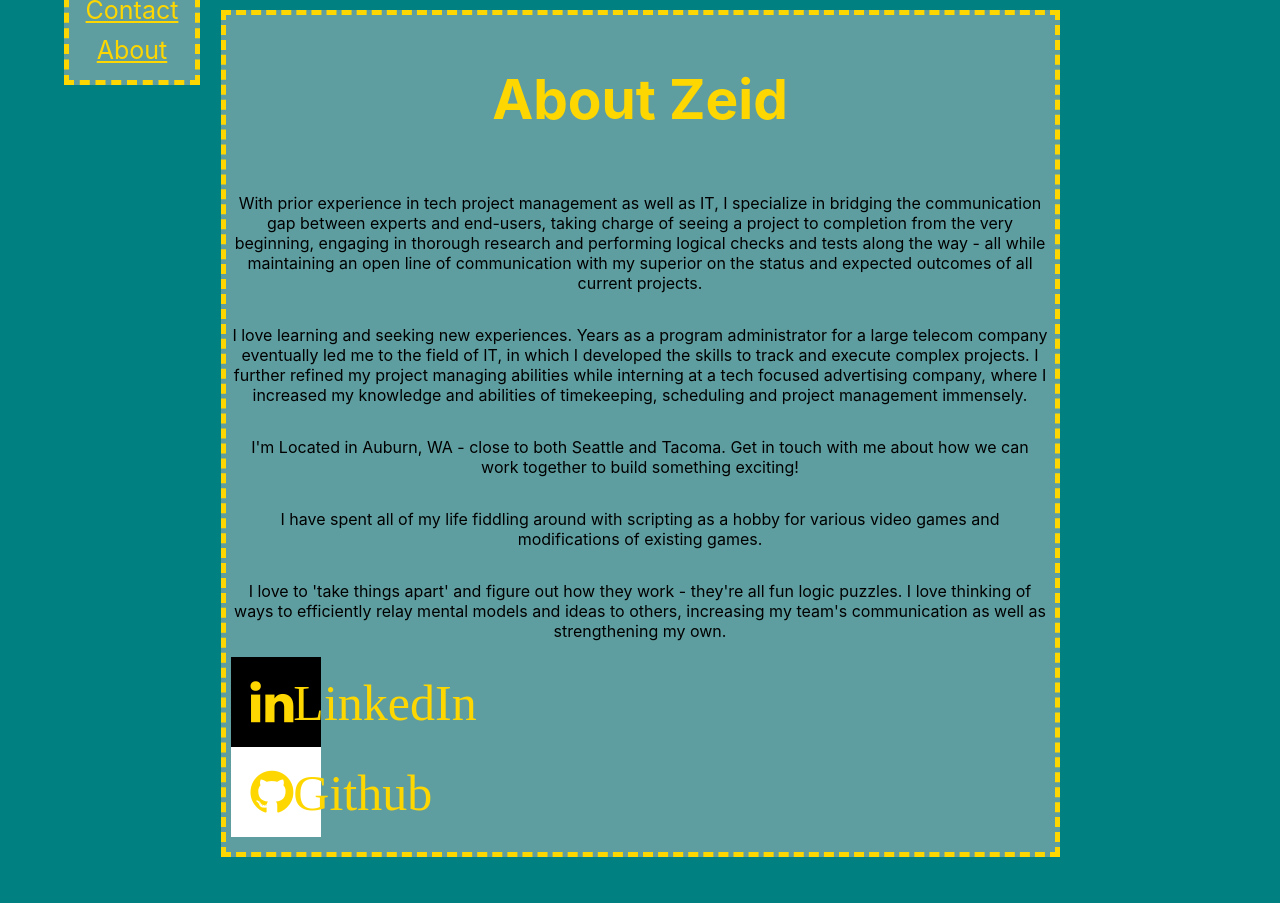
Repository: zeidalidiez/portfolioreact
Page: /
An editor plug-in stored every save of this project. The page is shown before and after the next save, followed by the edit.
The browser window is 1280 px wide. The pictures show the whole page.
The project was rebuilt for these pictures with package versions that can differ from the ones it lists, and the page was loaded fresh each time. Also part of the build but not shown: src/components/Thumbnail.js, src/components/Projects.js, src/components/Contact.js.

Above is the page before, as saved 2021-02-08 19:02:28.

### public/index.html
<!DOCTYPE html>
<html lang="en">
  <head>
    <meta charset="utf-8" />
    <link href="data:[embedded picture, 289 characters]" rel="icon" type="image/x-icon" />    <meta name="viewport" content="width=device-width, initial-scale=1" />
    <link rel="stylesheet" href="https://cdnjs.cloudflare.com/ajax/libs/font-awesome/4.7.0/css/font-awesome.min.css">
    <meta name="theme-color" content="#000000" />
    <meta
      name="description"
      content="Web site created using create-react-app"
    />    <!--
      manifest.json provides metadata used when your web app is installed on a
      user's mobile device or desktop. See https://developers.google.com/web/fundamentals/web-app-manifest/
    -->
    <link rel="manifest" href="%PUBLIC_URL%/manifest.json" />
    <!--
      Notice the use of %PUBLIC_URL% in the tags above.
      It will be replaced with the URL of the `public` folder during the build.
      Only files inside the `public` folder can be referenced from the HTML.

      Unlike "/favicon.ico" or "favicon.ico", "%PUBLIC_URL%/favicon.ico" will
      work correctly both with client-side routing and a non-root public URL.
      Learn how to configure a non-root public URL by running `npm run build`.
    -->
    <title>Zeid Diez - Portfolio</title>
  </head>
  <body>
    <noscript>You need to enable JavaScript to run this app.</noscript>
    <div id="root"></div>
    <!--
      This HTML file is a template.
      If you open it directly in the browser, you will see an empty page.

      You can add webfonts, meta tags, or analytics to this file.
      The build step will place the bundled scripts into the <body> tag.

      To begin the development, run `npm start` or `yarn start`.
      To create a production bundle, use `npm run build` or `yarn build`.
    -->
  </body>
</html>

### src/index.js
import React from 'react';
import ReactDOM from 'react-dom';
import './index.css';
import App from './components/App';
import reportWebVitals from './reportWebVitals';

ReactDOM.render(
  <React.StrictMode>
  <App />
  </React.StrictMode>,
  document.getElementById('root')
);

// If you want to start measuring performance in your app, pass a function
// to log results (for example: reportWebVitals(console.log))
// or send to an analytics endpoint. Learn more: https://bit.ly/CRA-vitals
reportWebVitals();

### src/components/App.js
// App.jsx

import React from 'react';
// Import the BrowserRouter, Route and Link components
import {Route, BrowserRouter as Router, Link} from "react-router-dom";
import Projects from './Projects.js';
import Contact from './Contact.js';
import About from './About.js';
import './App.css';

function App() {
  return (
    <header>
    <Router>
      <div className="App">
        <Route exact path="/Projects" component={Projects} />
        <Route exact path="/Contact" component={Contact} />
        <Route exact path="/About" component={About} />
        <Route exact path="/" component={About} />
  <nav>
        <div className="navigation">
          <div className="navigation-sub">
            <Link to="/Projects" className="item">Projects</Link>
            <Link to="/Contact" className="item">Contact</Link>
            <Link to="/About" className="item">About</Link>

          </div>
        </div>
        </nav>
      </div>
    </Router>
    <menu>

</menu>
    </header>


  );
}

export default App;

### src/components/About.js
import React from "react"

function About(props) {
  return (
    <div className="aboutDiv">
      <h2>About Zeid</h2>
      <p>With prior experience in tech project management as well as IT, I specialize in bridging the communication gap between experts and end-users, taking charge of seeing a project to completion from the very beginning, engaging in thorough research and performing logical checks and tests along the way - all while maintaining an open line of communication with my superior on the status and expected outcomes of all current projects. </p>
      <p>I love learning and seeking new experiences. Years as a program administrator for a large telecom company eventually led me to the field of IT, in which I developed the skills to track and execute complex projects. I further refined my project managing abilities while interning at a tech focused advertising company, where I increased my knowledge and abilities of timekeeping, scheduling and project management immensely.</p>
      <p>I'm Located in Auburn, WA - close to both Seattle and Tacoma. Get in touch with me about how we can work together to build something exciting! </p>
      <p>I have spent all of my life fiddling around with scripting as a hobby for various video games and modifications of existing games.</p>
      <p>I love to 'take things apart' and figure out how they work - they're all fun logic puzzles. I love thinking of ways to efficiently relay mental models and ideas to others, increasing my team's communication as well as strengthening my own.</p>

      <a href="https://www.linkedin.com/in/zeid-diez/" class="fa fa-linkedin">LinkedIn</a>
      <a href="https://github.com/zeidalidiez" class="fa fa-github">Github</a>
    </div>
  )
}

export default About;

### src/components/App.css

body {
  background-color: teal;
  display: grid;
}
div {
display: grid;
padding: 5px;
position: relative;
text-align: center;
padding-bottom: 15px;

}
 .projectDiv {
  background-color: cadetblue;
  width: 65%;
  justify-self: center;
  align-self: center;
  align-items: center;
  border: 5px dashed gold;
 }
h2 {
  color: Gold;
  font-size: 55px;
}

/* div.project {
  text-align: center;
  font-family: Georgia, "Times New Roman", Times, serif;
  font-style: italic;
  padding-bottom: 15px;
  border: 5px dashed gold;
  width: 80%;
  justify-self: center;
} */

div.project-title {
  position: relative;
  text-align: center;
  font-family: Georgia, "Times New Roman", Times, serif;
  font-style: italic;
  padding-bottom: 15px;

}

.navigation {
text-align: center;
align-self: center;
top: 0;
position: fixed;
  }

.navigation-sub {
padding: 10px;
text-align: center;
align-self: center;
bottom: auto;
left: 5%;
position: fixed;
border: 5px dashed gold;
background-color: cadetblue;
font-size: 25px;
}

a {
  display: grid;
padding: 5px;
text-align: center;
align-self: center;
}

img {
  display: block;
  margin-left: auto;
  margin-right: auto;
  width: 50%;
}


/* unvisited link */
a:link {
  color: gold;
}

/* visited link */
a:visited {
  color: rgb(255, 208, 0);
}

/* mouse over link */
a:hover {
  color: rgb(255, 174, 0);
}

/* selected link */
a:active {
  color: rgb(255, 0, 0);
}

.aboutDiv {
  background-color: cadetblue;
  width: 65%;
  justify-self: center;
  border: 5px dashed gold;

}

form {
  background-color: cadetblue;
  width: 65%;
  justify-self: center;
  padding-bottom: 60px;
  display: grid;
  border: 5px dashed gold;
}

.emailInput {
  width: 100%;
  padding: 12px 20px;
  margin: 8px 0;
  box-sizing: border-box;
}

.messageInput {
  width: 100%;
  box-sizing: border-box;
  height: 150px;
  border-radius: 4px;
  resize: none;
}

/* Style all font awesome icons */
.fa {
  padding: 20px;
  font-size: 50px;
  width: 50px;
  text-align: center;
  text-decoration: none;
  justify-self: auto;
}

/* Add a hover effect if you want */
.fa:hover {
  opacity: 0.7;
}

/* Set a specific color for each brand */

/* linkedin */
.fa-linkedin {
  background: #000000;
  color: white;
}

/* github */
.fa-github {
  background: #ffffff;
  color: rgb(0, 0, 0);
}

@media screen and (max-width: 800px) {
  .navigation {
    text-align: center;
    align-self: center;
    top: 0;
    position: fixed;
      }

    .navigation-sub {
    padding: 10px;
    text-align: center;
    align-self: center;
    bottom: auto;
    left: 5%;
    position: fixed;
    border: 5px dashed gold;
    background-color: cadetblue;
    font-size: 10px;
    }
}

Loaded but not shown: src/index.css (common file); src/reportWebVitals.js (common file)

After the next save:
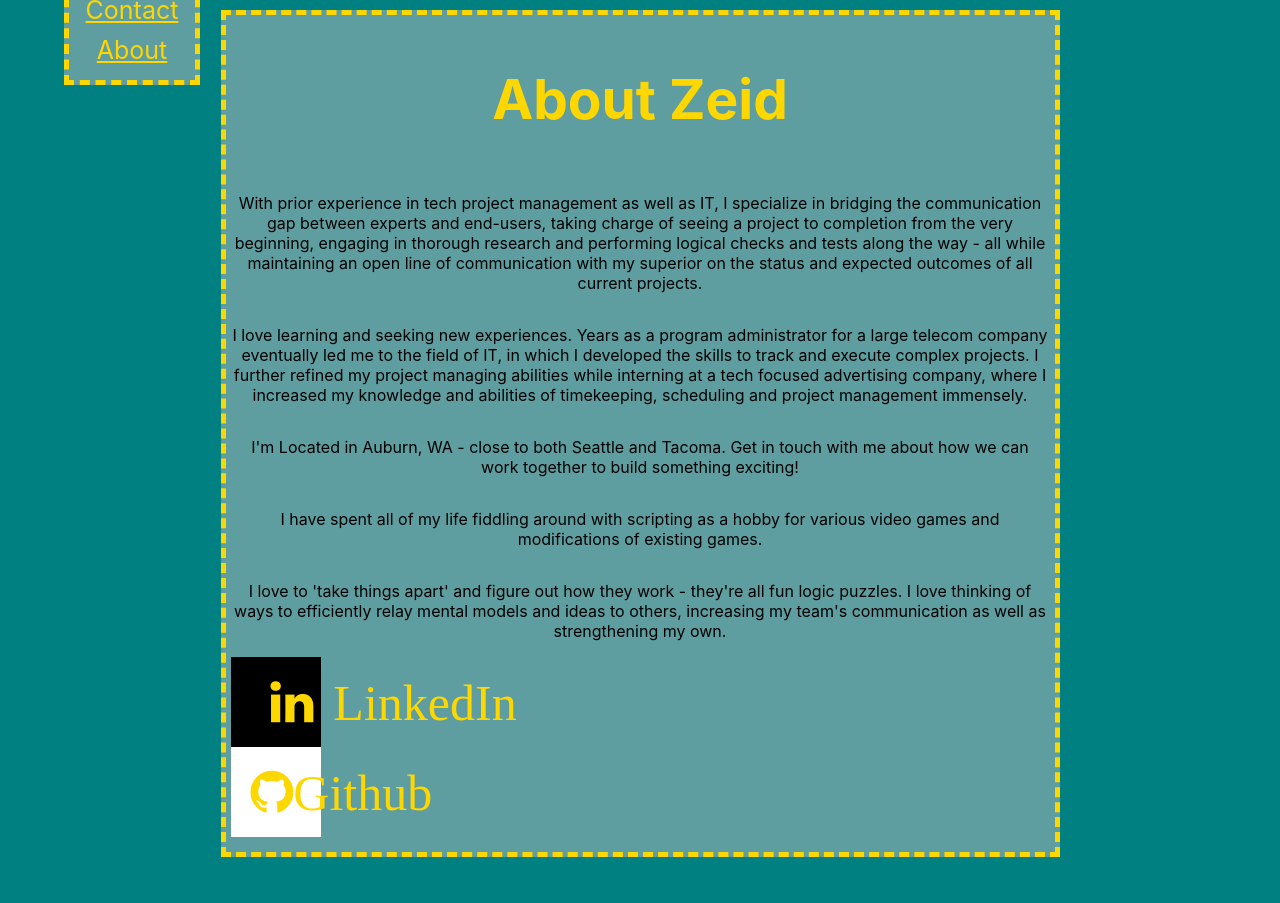
Saved 46 s later.
--- a/src/components/App.css
+++ b/src/components/App.css
@@ -158,6 +158,9 @@ form {
   color: rgb(0, 0, 0);
 }
 
+a.fa.fa-linkedin::before {
+  padding: 20px;
+}
 @media screen and (max-width: 800px) {
   .navigation {
     text-align: center;
